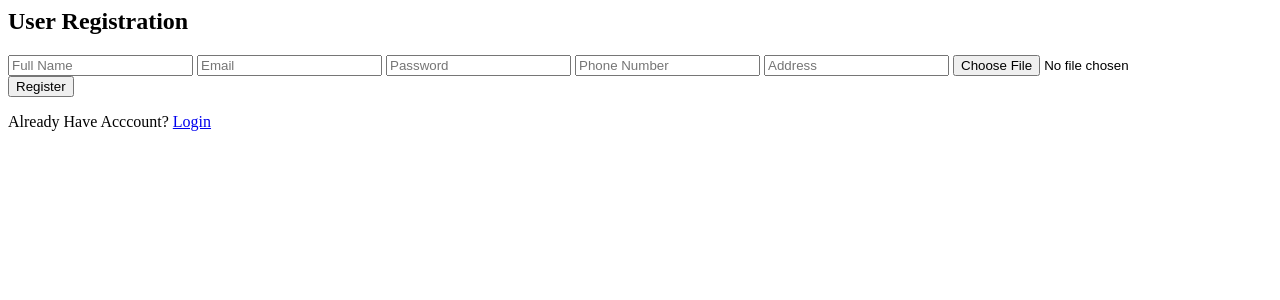
Repository: YUNASTHA/Music-store-management-system
Page: http://localhost/StoreManagementSystem/register
The author's editor kept a copy of each file at every save. The page is drawn from the files as they stood at one save, then again after the next save.
The browser window is 1280 px wide. The pictures show the whole page.
The page is served by Tomcat 10. Other server files are loaded and not shown.

Above is the page before, as saved 2025-04-18 10:33:56.

### StoreManagementSystem/src/main/webapp/register.jsp
<%@ page contentType="text/html;charset=UTF-8" language="java" %>
<html>
<head>
    <title>Register</title>
</head>
<body>
    <h2>User Registration</h2>
    <form action="register" method="post" enctype="multipart/form-data">
    <input type="text" name="name" placeholder="Full Name" required />
    <input type="email" name="email" placeholder="Email" required />
    <input type="password" name="password" placeholder="Password" required />
    <input type="text" name="phone" placeholder="Phone Number" />
    <input type="text" name="address" placeholder="Address" />
    <input type="file" name="profilePicture" />
    <button type="submit">Register</button>
</form>


<p class="form-footer">Already Have Acccount? <a href="${pageContext.request.contextPath}/login">Login</a></p>

    <% String message = request.getParameter("message"); if (message != null) { %>
        <p style="color:green;"><%= message %></p>
    <% } %>
</body>
</html>

### StoreManagementSystem/src/main/java/com/store/controller/RegisterServlet.java
package com.store.controller;

import com.store.dao.UserDAO;
import com.store.model.User;
import org.mindrot.jbcrypt.BCrypt;

import jakarta.servlet.ServletException;
import jakarta.servlet.annotation.MultipartConfig;
import jakarta.servlet.annotation.WebServlet;
import jakarta.servlet.http.*;
import java.io.IOException;
import java.io.InputStream;

@WebServlet(name = "RegisterServlet", value = "/register")
@MultipartConfig(maxFileSize = 16177215) // 16MB
public class RegisterServlet extends HttpServlet {
	private static final long serialVersionUID = 1L;

    protected void doGet(HttpServletRequest request, HttpServletResponse response)
        throws ServletException, IOException {
        request.getRequestDispatcher("register.jsp").forward(request, response);
    }

    protected void doPost(HttpServletRequest request, HttpServletResponse response)
        throws ServletException, IOException {

        request.setCharacterEncoding("UTF-8");

        // Get form data
        String fullName = request.getParameter("name");
        String email = request.getParameter("email");
        String plainPassword = request.getParameter("password");
        String phoneNumber = request.getParameter("phone");
        String address = request.getParameter("address");


        // Load default image as profile picture
        InputStream imageStream = getServletContext().getResourceAsStream("/defualt_profile.jpg");
        byte[] profilePicture = imageStream.readAllBytes();


        // Hash password
        String hashedPassword = BCrypt.hashpw(plainPassword, BCrypt.gensalt());

        // Create User object
        User user = new User(fullName, email, hashedPassword, phoneNumber, address, profilePicture, 1); // role_id = 1

        // Register user
        UserDAO userDAO = new UserDAO();
        boolean isRegistered = userDAO.registerUser(user);

        if (isRegistered) {
            response.sendRedirect("register.jsp?message=Registration successful!");
        } else {
            response.sendRedirect("register.jsp?message=Registration failed.");
        }
    }
}

After the next save:
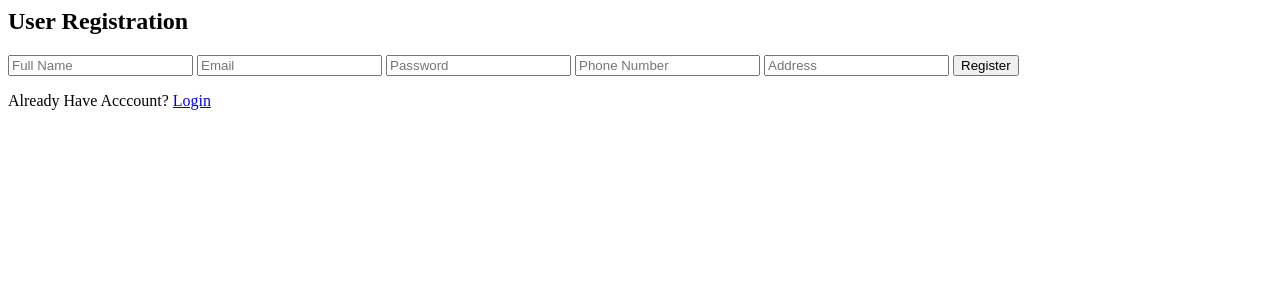
Saved 36 s later.
--- a/StoreManagementSystem/src/main/webapp/register.jsp
+++ b/StoreManagementSystem/src/main/webapp/register.jsp
@@ -11,7 +11,6 @@
     <input type="password" name="password" placeholder="Password" required />
     <input type="text" name="phone" placeholder="Phone Number" />
     <input type="text" name="address" placeholder="Address" />
-    <input type="file" name="profilePicture" />
     <button type="submit">Register</button>
 </form>
 
